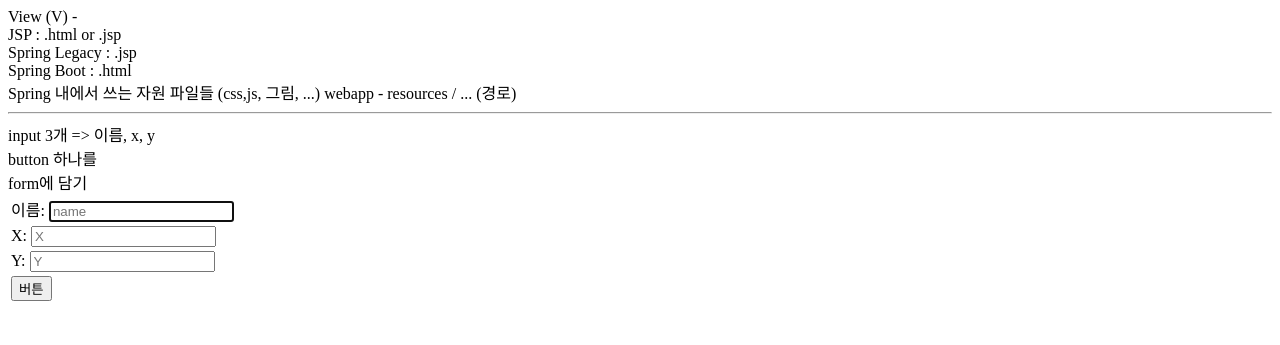
Repository: AgentHyun/FishDalle3
Page: http://localhost/Feb11_2_SpringMVC/
An editor plug-in stored every save of this project. The page is shown before and after the next save, followed by the edit.
The browser window is 1280 px wide. The pictures show the whole page.
The page is served by Tomcat 9.

Above is the page before, as saved 2025-02-11 01:45:18.

After the next save:
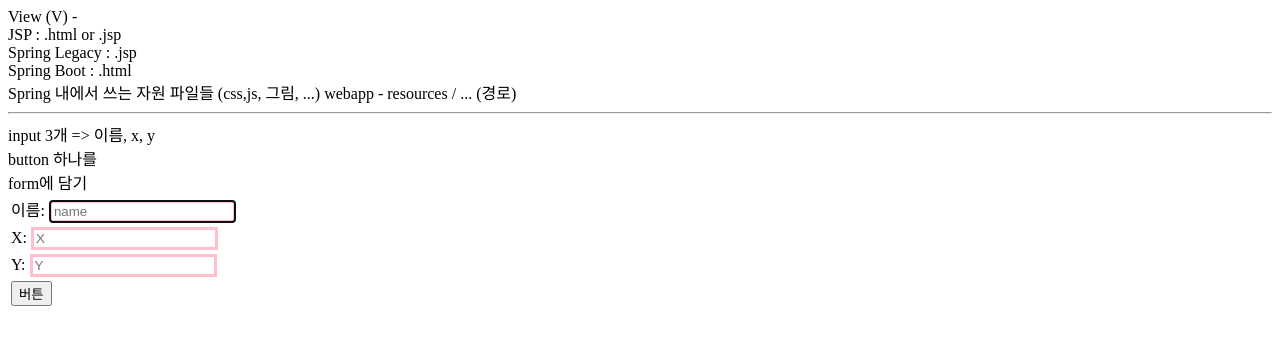
Saved 63 s later.
--- a/Feb11_2_SpringMVC/src/main/webapp/WEB-INF/views/index.jsp
+++ b/Feb11_2_SpringMVC/src/main/webapp/WEB-INF/views/index.jsp
@@ -3,6 +3,9 @@
 <!DOCTYPE html>
 <html>
 <head>
+
+<link rel = "stylesheet" href = "resources/css/input.css">
+<script type = "text/javascript" src ="resources/js/index.js"></script>
 <meta charset="UTF-8">
 <title>Insert title here</title>
 </head>
